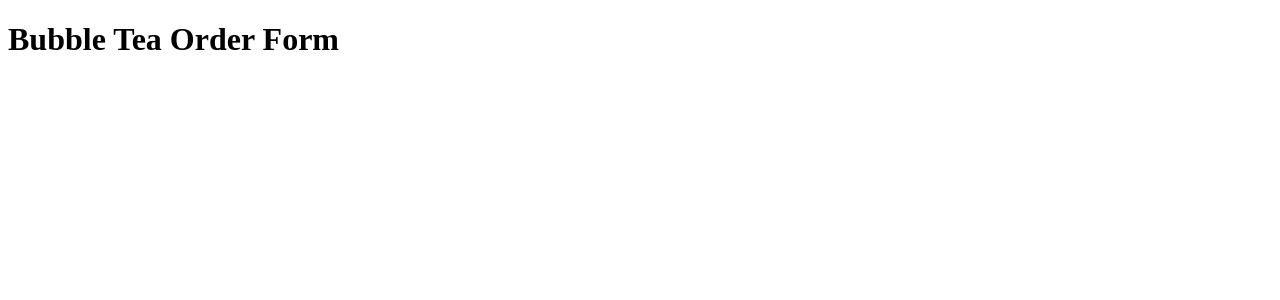
Repository: liulian26/CS5610
Page: lab3/index.html
The author's editor kept a copy of each file at every save. The page is drawn from the files as they stood at one save, then again after the next save.
The browser window is 1280 px wide. The pictures show the whole page.

Above is the page before, as saved 2025-01-30 17:20:51.

After the next save:
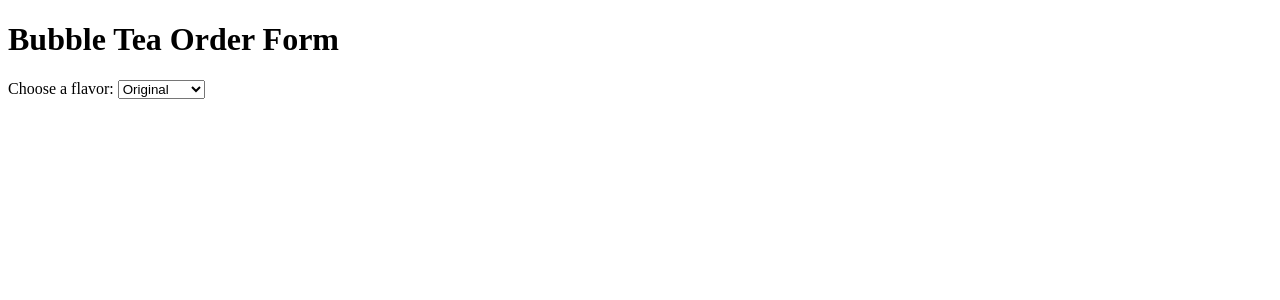
Saved 11 min 46 s later.
--- a/lab3/index.html
+++ b/lab3/index.html
@@ -12,6 +12,14 @@
       <form id="bubbleTeaForm">
         <h1>Bubble Tea Order Form</h1>
 
+        <!--- choose a flavor -->
+        <label for="flavor">Choose a flavor:</label>
+        <select id="flavor">
+          <option value="original">Original</option>
+          <option value="mango">Mango</option>
+          <option value="strawberry">Strawberry</option>
+        </select>
+
 
 
 
